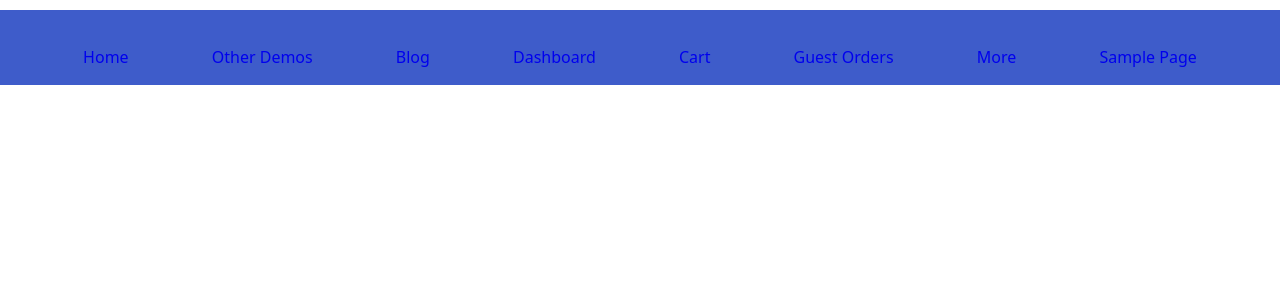
Repository: lannguyen1301/f8-zoom-day-4
Page: menu.html
These files come from the project's save history. The page is drawn as it stood at one moment and after the next save; the edit follows.
The browser window is 1280 px wide. The pictures show the whole page.

Above is the page before, as saved 2025-04-18 01:28:33.

After the next save:
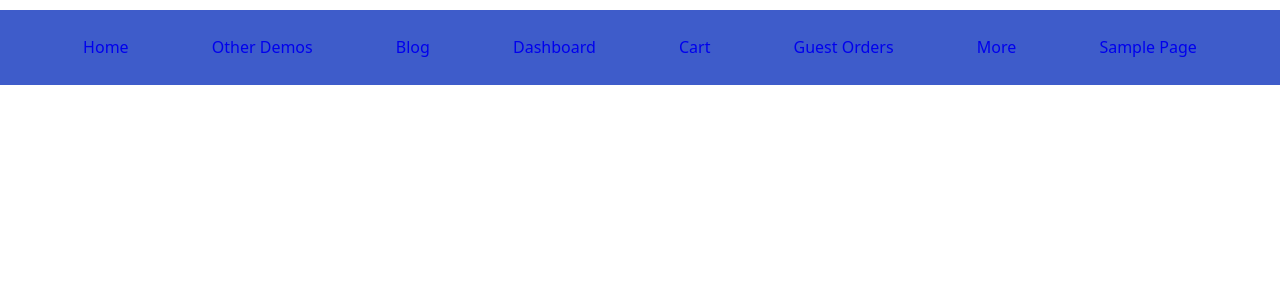
Saved 47 s later.
--- a/assets/css/navbar-style.css
+++ b/assets/css/navbar-style.css
@@ -16,7 +16,7 @@
 }
 
 nav {
-    padding-top: 10px;
+    /* padding-top: 10px; */
     height: 75px;
     background-color: #3e5cca;
 }
